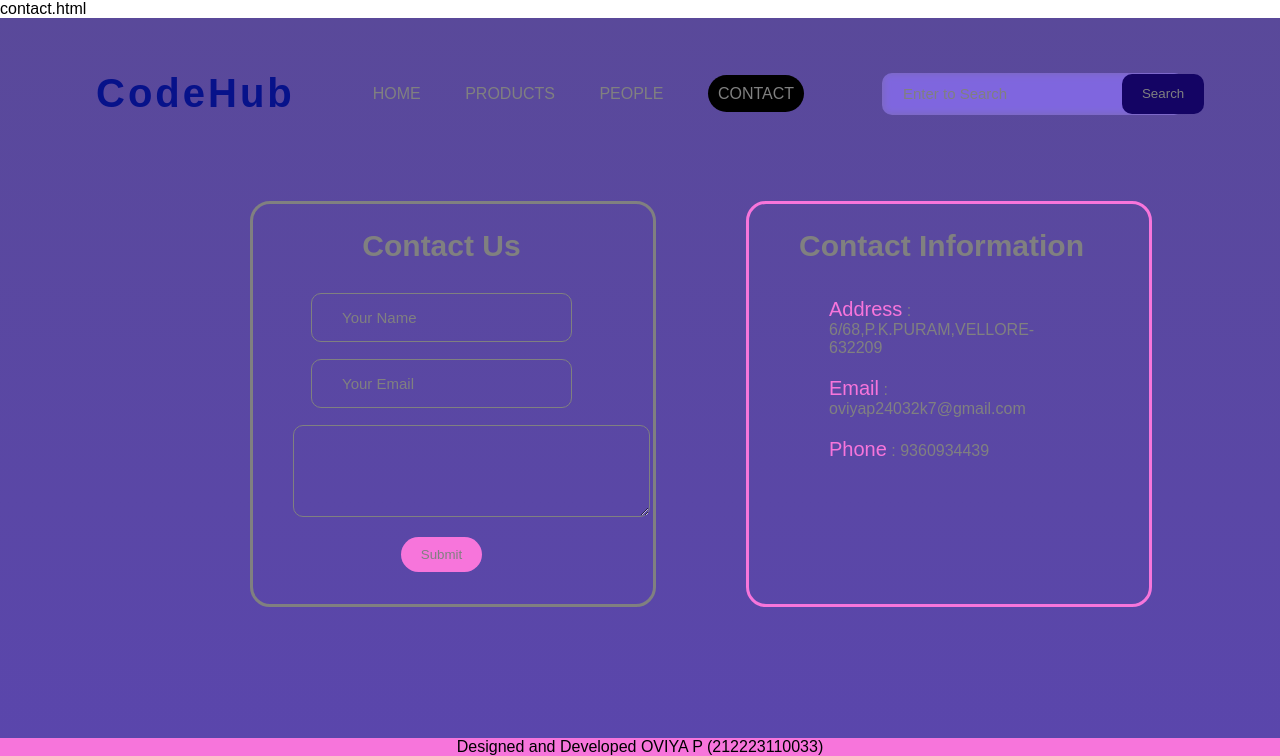
Repository: Oviya24032K6/softweb
Page: oviya/softapp/static/contact.html
The author's editor kept a copy of each file at every save. The page is drawn from the files as they stood at one save, then again after a run of saves.
The browser window is 1280 px wide. The pictures show the whole page.

Above is the page before, as saved 2024-04-23 11:24:17.

After the next 2 saves:
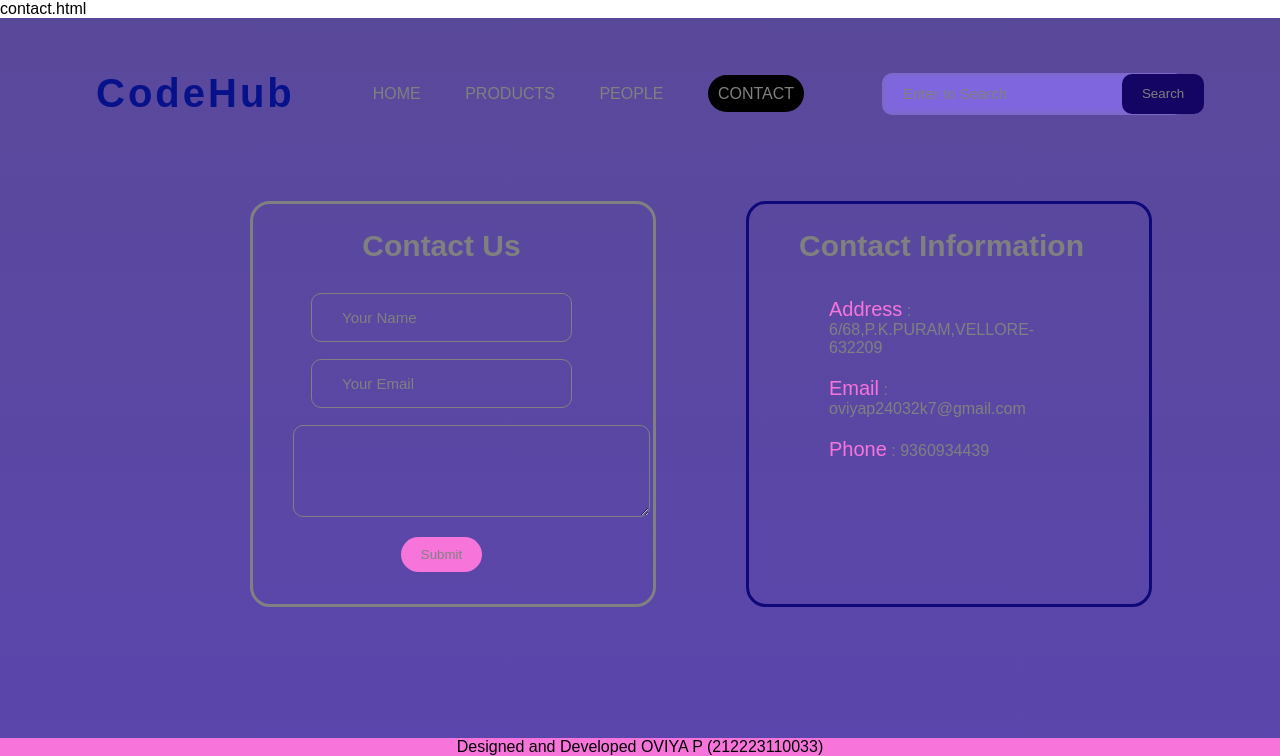
The 2 saves are shown as one change because they came seconds apart.
The last was saved 7 s later.
--- a/oviya/softapp/static/contact.html
+++ b/oviya/softapp/static/contact.html
@@ -112,7 +112,7 @@ contact.html
             .box-2 {
                 height: 400px;
                 width: 400px;
-                border: 3px solid#f775db;
+                border: 3px solid#0e0879;
                 border-radius: 20px;
                 background: transparent;
                 position: relative;
